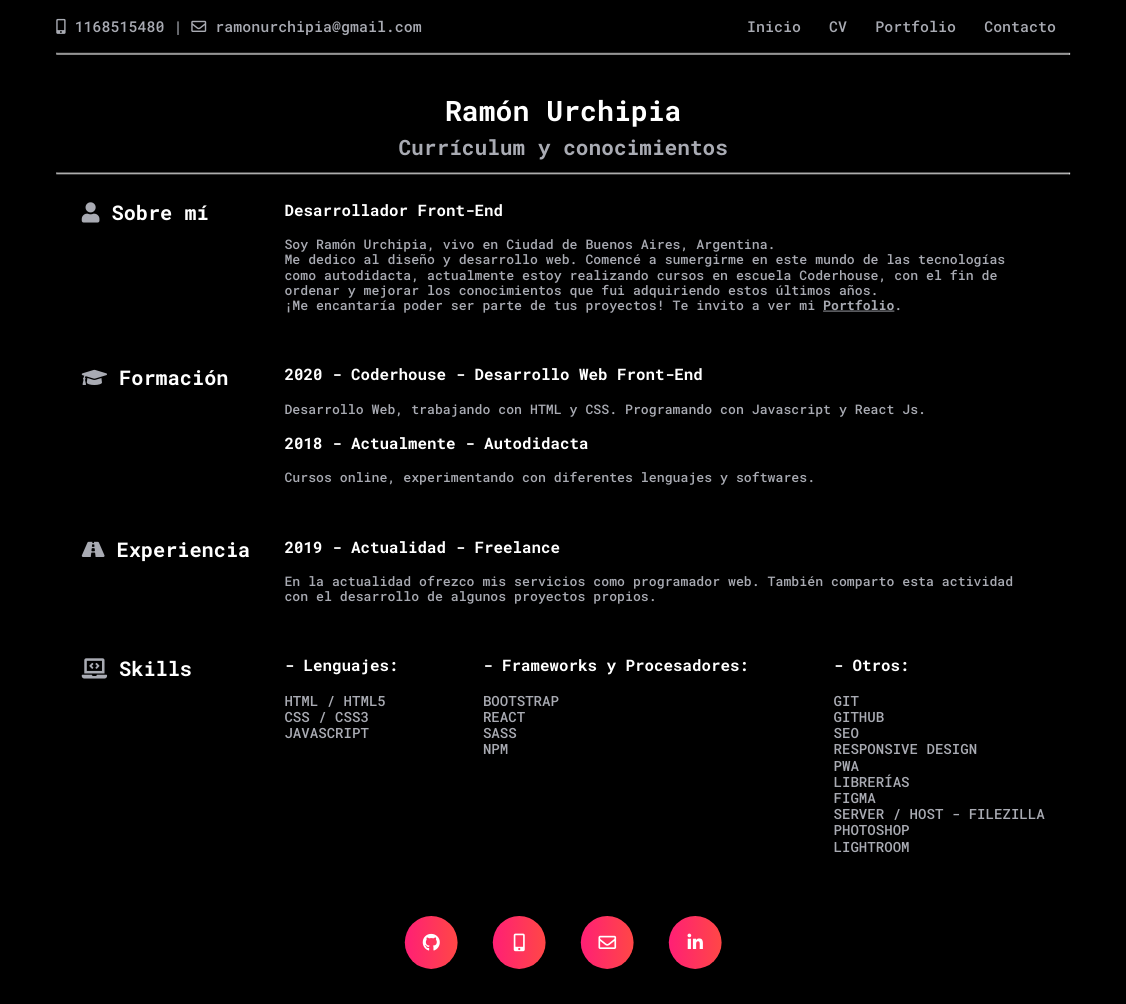
Repository: r-urchi/Portfolio
Page: curriculum.html
These files come from the project's save history. The page is drawn as it stood at one moment and after a run of saves; the edit follows.
The browser window is 1280 px wide. The pictures show the whole page, at 88% of full size.
Some web libraries are served in a nearby version.

Above is the page before, as saved 2021-01-24 12:00:29.

After the next 2 saves:
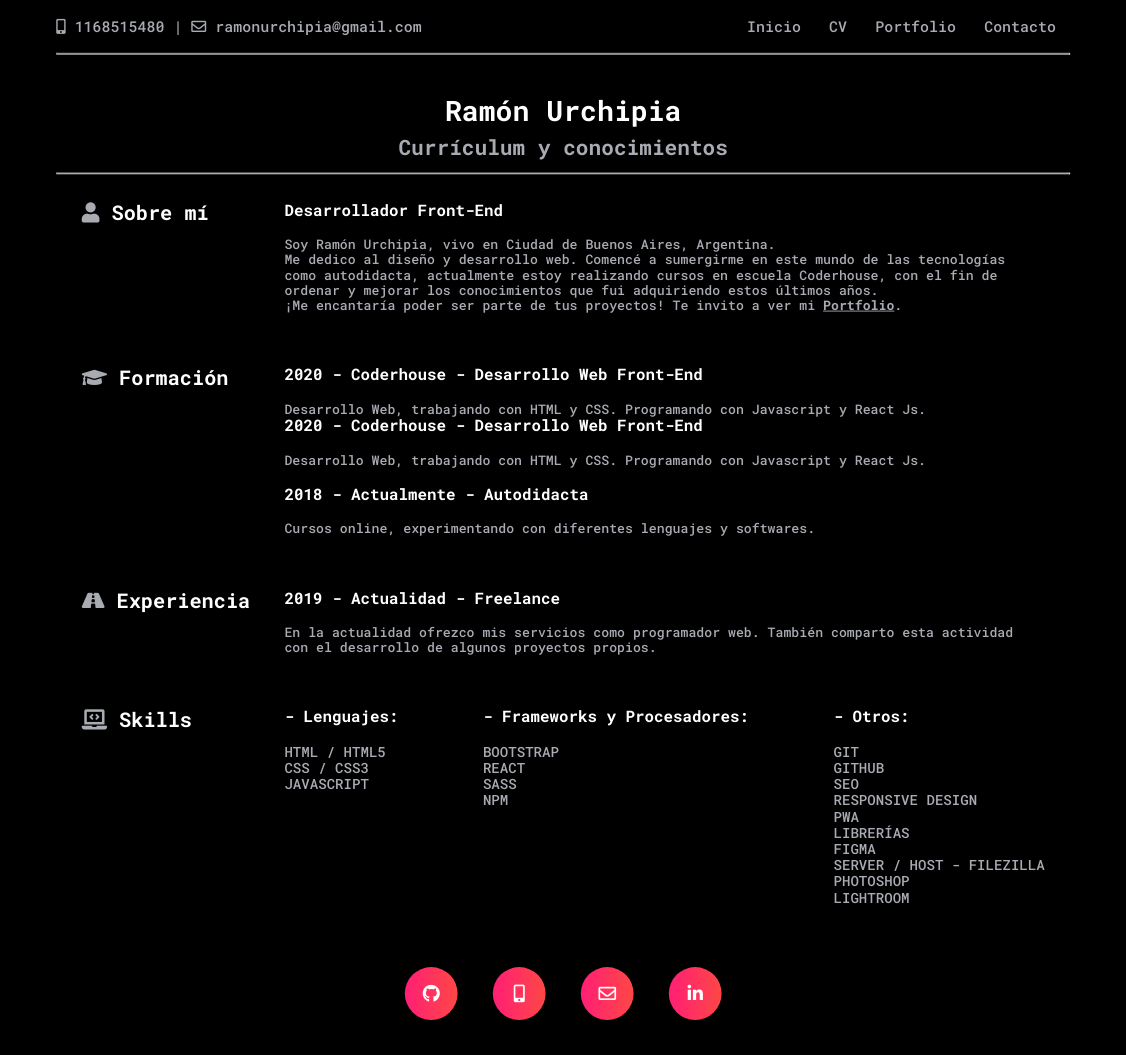
The 2 saves are shown as one change because they came seconds apart.
The last was saved 3 min 31 s later.
--- a/curriculum.html
+++ b/curriculum.html
@@ -72,6 +72,9 @@
         </div>
 
         <div class="curriculum__descripcion">
+          <h4>2020 - Coderhouse - Desarrollo Web Front-End</h4>
+          <p>Desarrollo Web, trabajando con HTML y CSS. Programando con Javascript y React Js.</p>
+
           <h4>2020 - Coderhouse - Desarrollo Web Front-End</h4>
           <p>Desarrollo Web, trabajando con HTML y CSS. Programando con Javascript y React Js.</p>
 
